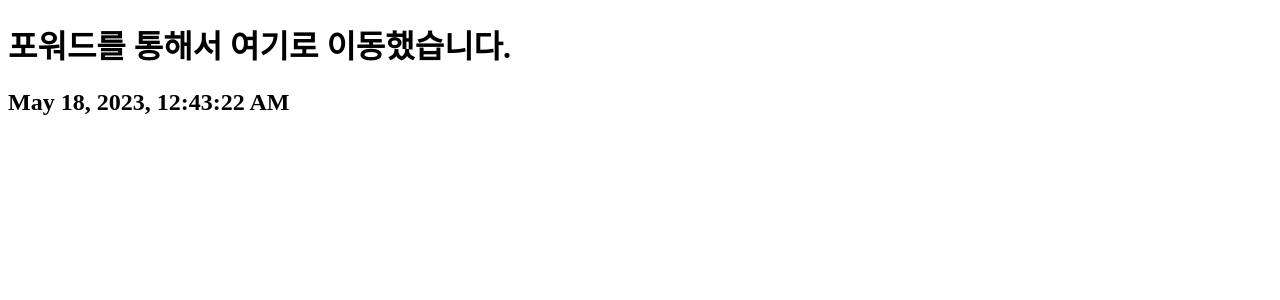
Repository: kvmhyvmvn/Study_JspServlet
Page: http://localhost/03.Tag/03.Action/Ex01Forward.jsp
The author's editor kept a copy of each file at every save. The page is drawn from the files as they stood at one save, then again after the next save.
The browser window is 1280 px wide. The pictures show the whole page.
The page is served by Tomcat 9.

Above is the page before, as saved 2023-05-19 03:35:41.

After the next save:
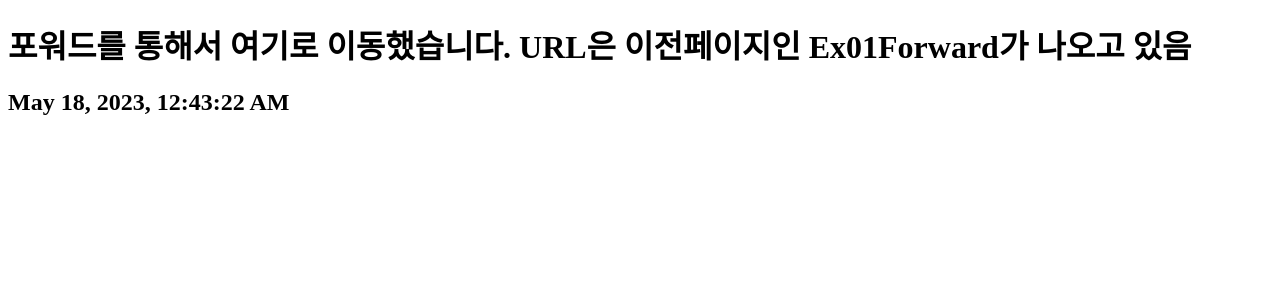
Saved 39 s later.
--- a/WorkSpace/03.Tag/src/main/webapp/03.Action/Ex01ForwardResult.jsp
+++ b/WorkSpace/03.Tag/src/main/webapp/03.Action/Ex01ForwardResult.jsp
@@ -8,7 +8,7 @@
 <title>Insert title here</title>
 </head>
 <body>
-	<h1>포워드를 통해서 여기로 이동했습니다.</h1>
+	<h1>포워드를 통해서 여기로 이동했습니다. URL은 이전페이지인 Ex01Forward가 나오고 있음</h1>
 	<h2> <%=new Date().toLocaleString() %></h2>
 </body>
 </html>
